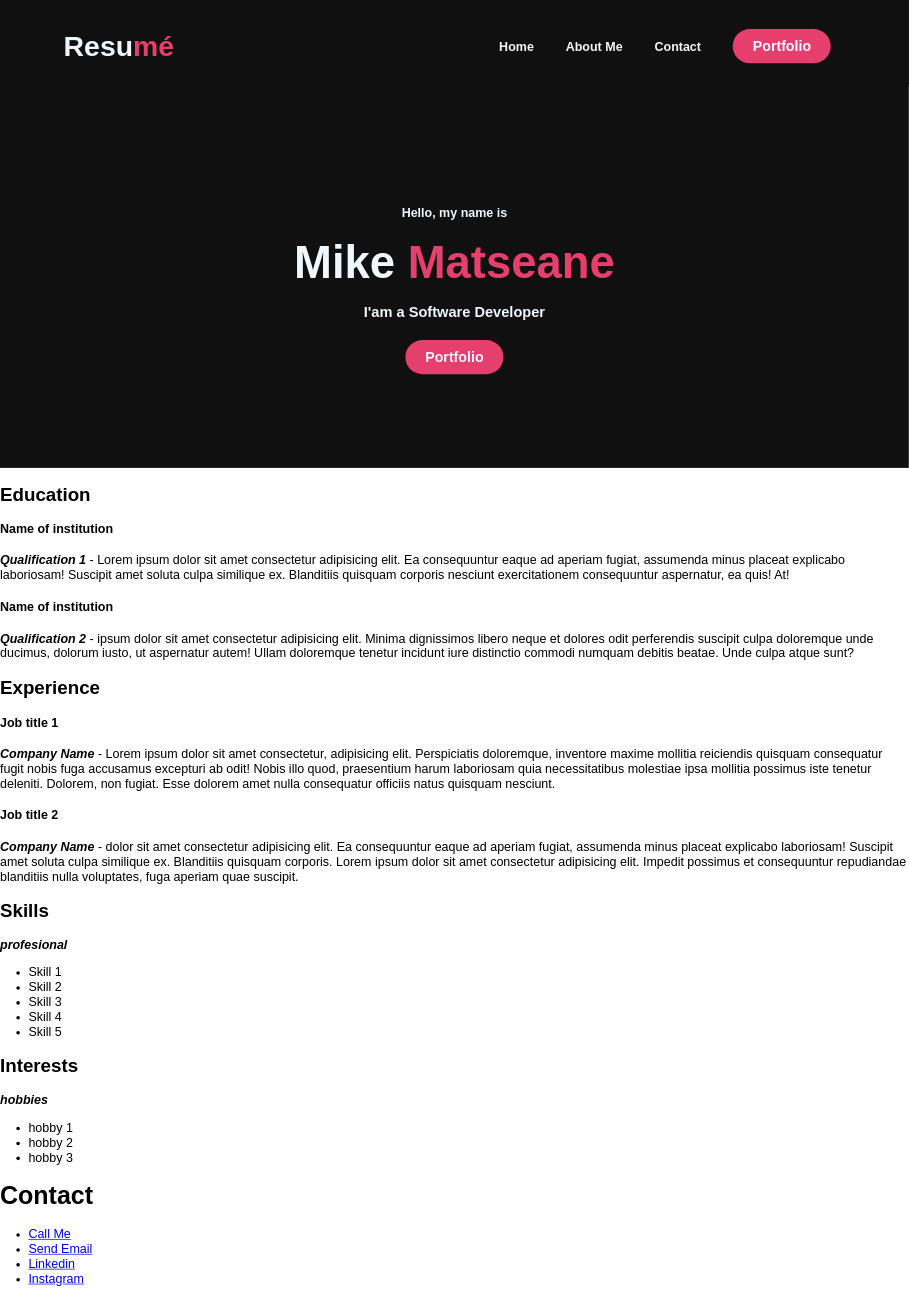
Repository: mikempho/Resume1
Page: resume1.html
The author's editor kept a copy of each file at every save. The page is drawn from the files as they stood at one save, then again after the next save.
The browser window is 1280 px wide. The pictures show the whole page, at 71% of full size.

Above is the page before, as saved 2022-03-29 10:22:32.

### resume1.html
<html lang="en">
<head>
    <meta charset="UTF-8">
    <meta http-equiv="X-UA-Compatible" content="IE=edge">
    <meta name="viewport" content="width=device-width, initial-scale=1.0">
    <link rel="stylesheet" href="./css/stylesheet.css">
    <title>Mike Matseane</title>
</head>
<body>

    <section>

        <div class="hero">
            <!-- Navigation Bar -->
            <nav class="navbar">
                <h2 class="resume-logo">Resu<span>mé</span></h2>
                <ul>
                    <li><a href="resume1.html">Home</a></li>
                    <li><a href="#education">About Me</a></li>
                    <li><a href="#contact-info">Contact</a></li>
                    <li><a href="#"><span class="call-to-action">Portfolio</span></a></li>
                </ul>
            </nav>

            <div class="intro">
                <!-- <img src="" alt="Profile-Img"> -->
                <h4>Hello, my name is </h4>
                <h1 class="name">Mike <span>Matseane</span></h1>
                <h3>I'am a Software Developer</h3>
                <a href="#"><span class="call-to-action">Portfolio</span></a>
            </div>

        </div>

        <main>
            <!-- Education Section -->

            <div id="education">
                <h2>Education</h2>
                <div class="container">
                    <h4>Name of institution</h4>
                    <p><strong><em>Qualification 1</em></strong> - Lorem ipsum dolor sit amet consectetur adipisicing elit. Ea consequuntur eaque ad aperiam fugiat, assumenda minus placeat explicabo laboriosam! Suscipit amet soluta culpa similique ex. Blanditiis quisquam corporis nesciunt exercitationem consequuntur aspernatur, ea quis! At!</p>
                </div>
                <div class="container">
                    <h4>Name of institution</h4>
                    <p><strong><em>Qualification 2</em></strong> - ipsum dolor sit amet consectetur adipisicing elit. Minima dignissimos libero neque et dolores odit perferendis suscipit culpa doloremque unde ducimus, dolorum iusto, ut aspernatur autem! Ullam doloremque tenetur incidunt iure distinctio commodi numquam debitis beatae. Unde culpa atque sunt?</p>
                </div>
            </div>

            <!-- Experience Section-->
            <div id="experience">
                <h2>Experience</h2>
                <div class="container">
                    <h4>Job title 1</h4>
                    <p><strong><em>Company Name</em></strong> - Lorem ipsum dolor sit amet consectetur, adipisicing elit. Perspiciatis doloremque, inventore maxime mollitia reiciendis quisquam consequatur fugit nobis fuga accusamus excepturi ab odit! Nobis illo quod, praesentium harum laboriosam quia necessitatibus molestiae ipsa mollitia possimus iste tenetur deleniti. Dolorem, non fugiat. Esse dolorem amet nulla consequatur officiis natus quisquam nesciunt.</p>
                </div>
                <div class="container">
                    <h4>Job title 2</h4>
                    <p><strong><em>Company Name</em></strong> - dolor sit amet consectetur adipisicing elit. Ea consequuntur eaque ad aperiam fugiat, assumenda minus placeat explicabo laboriosam! Suscipit amet soluta culpa similique ex. Blanditiis quisquam corporis. Lorem ipsum dolor sit amet consectetur adipisicing elit. Impedit possimus et consequuntur repudiandae blanditiis nulla voluptates, fuga aperiam quae suscipit.</p>
                </div>
            </div>

            <!-- Skills Section -->
            <div id="skills">
                <h2>Skills</h2>
                <div>
                    <p><strong><em>profesional</em></strong></p>
                    <ul>
                        <li>Skill 1</li>
                        <li>Skill 2</li>
                        <li>Skill 3</li>
                        <li>Skill 4</li>
                        <li>Skill 5</li>
                    </ul>
                </div>
            </div>
            <div id="interests">
                <h2>Interests</h2>
                <div>
                    <p><strong><em>hobbies</em></strong></p>
                    <ul>
                        <li>hobby 1</li>
                        <li>hobby 2</li>
                        <li>hobby 3</li>
                    </ul>
                </div>
            </div>
        </main>
    </section>


    <!-- Footer Section -->
    <footer>
        <div id="contact-info">
            <h1>Contact</h1>
            <ul>
                <!-- target(_blank) = New Tab -->
                <!-- Call Me -->
                <li><a href="tel:0681454887" target="_blank">Call Me</a></li>

                <!-- Send Email -->
                <li><a href="mailto:mikempho03@gmail.com" target="_blank">Send Email</a></li>

                <!-- Linkedin (Socials) -->
                <li><a href="https://www.linkedin.com/feed/" target="_blank">Linkedin</a></li>

                <!-- Instagram -->
                <li><a href="https://www.instagram.com/mike_mx.sa/tagged/" target="_blank">Instagram</a></li>
            </ul>
        </div>

    </footer>
</body>
</html>

### css/stylesheet.css
body{
  font-family:Arial, Helvetica, sans-serif;
  font-size:110%;
  margin: 0;
}

/* Hero Section */

.hero {
  background-color: #101010;
  color: aliceblue;
  text-align: center;
}

span {
  color: E63E6D;
}

.resume-logo {
  font-size: 2.5rem;
  cursor: pointer;
}
.navbar {
  /* position: fixed; */
  display: flex;
  align-items: center;
  justify-content: space-between;
  padding-top: 10px;
  padding-left:7%;
  padding-right:7%;
  background-color: #101010;
  /* width: 100%; */
}

nav ul li{
  list-style: none;
  display: inline;
  padding: 0 20px;
  font-weight: 600;
  font-size:1.1rem;
}

nav ul li a {
  text-decoration: none;
  color: aliceblue;
}

.call-to-action {
  padding: 10px 25px;
  color: aliceblue;
  font-size: 20px;
  border: solid transparent;
  background-color:E63E6D;
  border-radius: 80px;
}

nav ul li a:hover {
  color: E63E6D;
  transition: 0.7s;
}

.call-to-action:hover {
  background-color: #101010;
  border-color: white;
  transition: 0.5s;
}

.intro {
  padding: 9rem 0;
}

.name {
  font-size: 4rem;
  margin: 0;
}

.intro a{
  text-decoration: none;
  font-weight: 600;
}

.intro h3 {
  margin-bottom: 40px;
}

After the next save:
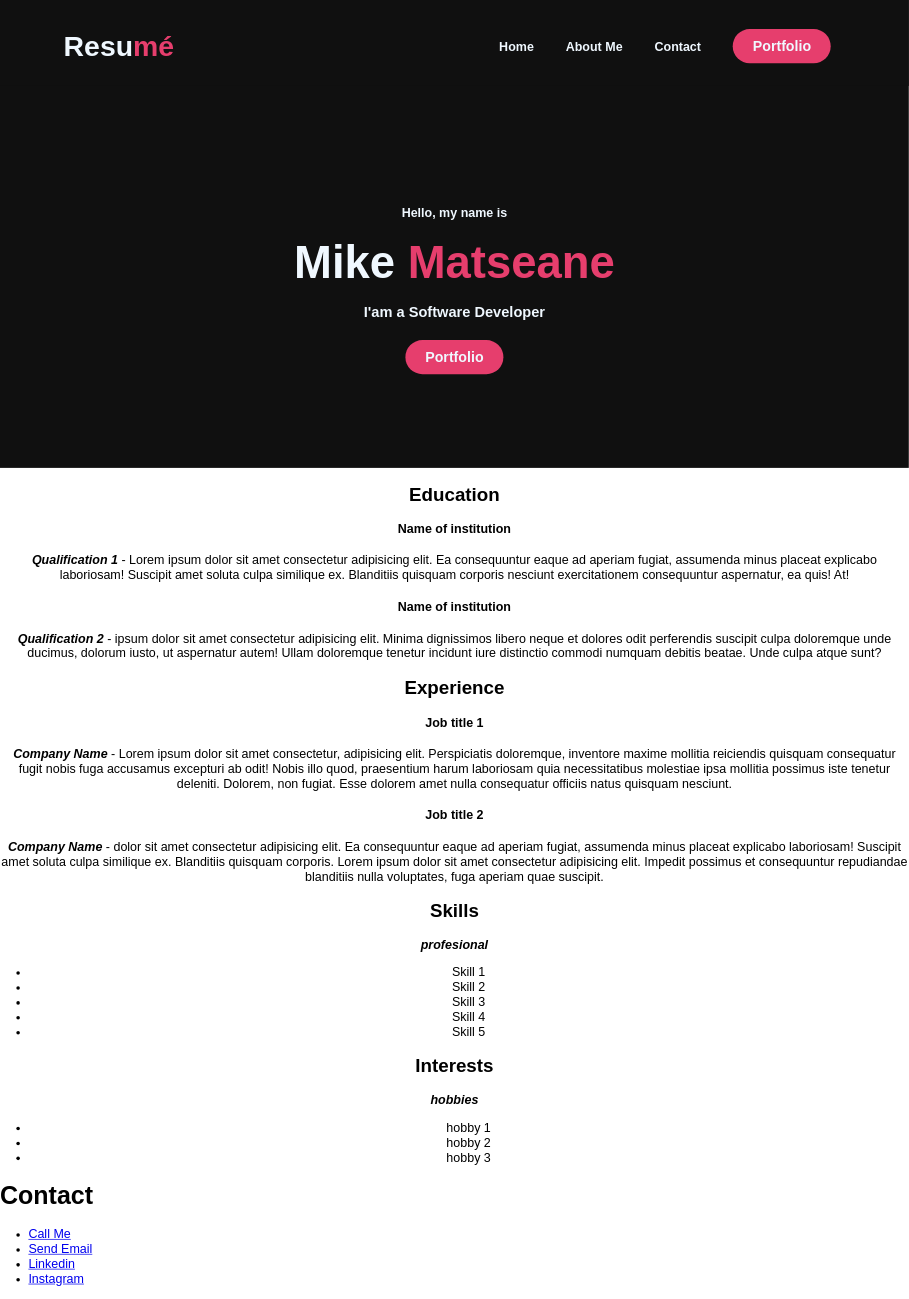
Saved 40 s later.
--- a/css/stylesheet.css
+++ b/css/stylesheet.css
@@ -82,3 +82,9 @@ nav ul li a:hover {
 .intro h3 {
   margin-bottom: 40px;
 }
+
+/* Main Section  */
+
+main {
+  text-align: center;
+}
